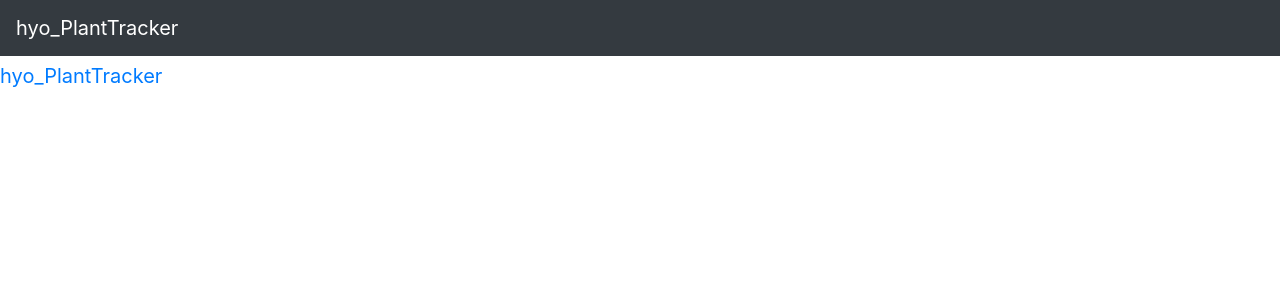
Repository: emersonwilliams/HYO_PlantTracker
Page: capstone_app/plant_tracker/templates/myplants.html
These files come from the project's save history. The page is drawn as it stood at one moment and after a run of saves; the edit follows.
The browser window is 1280 px wide. The pictures show the whole page.

Above is the page before, as saved 2020-08-01 22:33:43.

### capstone_app/plant_tracker/templates/myplants.html
<!-- this is the page where you can see all of your plants -->

<!DOCTYPE html>
<html lang="en">
<head>
    <meta charset="UTF-8">
    <title>Title</title>
    <link rel="stylesheet" href="https://stackpath.bootstrapcdn.com/bootstrap/4.5.0/css/bootstrap.min.css" integrity="sha384-9aIt2nRpC12Uk9gS9baDl411NQApFmC26EwAOH8WgZl5MYYxFfc+NcPb1dKGj7Sk" crossorigin="anonymous">

</head>

<body>

    <nav class="navbar navbar-expand-lg navbar-dark bg-dark">

      <a class="navbar-brand" href="#">
      hyo_PlantTracker
      </a>
    </nav>

    <a class="navbar-brand" href="#">hyo_PlantTracker</a>
    <button class="navbar-toggler" type="button" data-toggle="collapse" data-target="#navbarNavAltMarkup" aria-controls="navbarNavAltMarkup" aria-expanded="false" aria-label="Toggle navigation">
      <span class="navbar-toggler-icon"></span>
    </button>
    <div class="collapse navbar-collapse" id="navbarNavAltMarkup">
      <div class="navbar-nav">
        <a class="nav-item nav-link active" href="#">Main Menu <span class="sr-only">(current)</span></a>
        <a class="nav-item nav-link" href="#">My Plants</a>
        <a class="nav-item nav-link" href="#">Add a Plant</a>
        <a class="nav-item nav-link disabled" href="#" tabindex="-1" aria-disabled="true">Disabled</a>
      </div>
    </div>
  </nav>

    <div class="container">
    <!-- Content here -->
    </div>

</body>

After the next 2 saves:
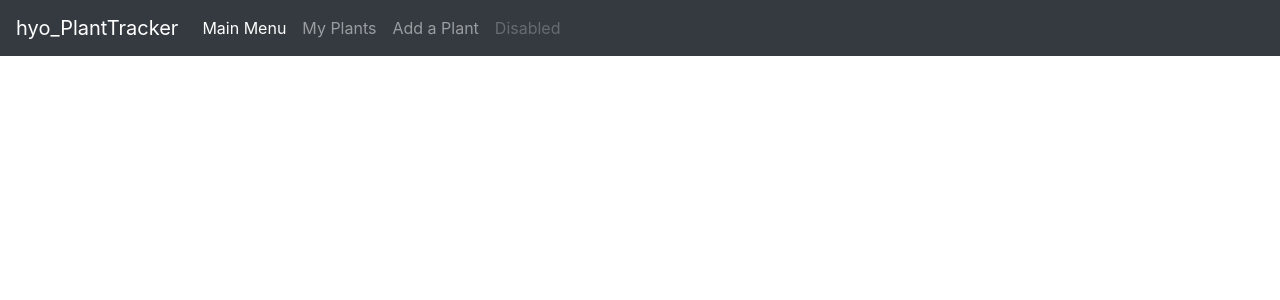
The 2 saves are shown as one change because they came seconds apart.
The last was saved 11 s later.
--- a/capstone_app/plant_tracker/templates/myplants.html
+++ b/capstone_app/plant_tracker/templates/myplants.html
@@ -12,12 +12,6 @@
 <body>
 
     <nav class="navbar navbar-expand-lg navbar-dark bg-dark">
-
-      <a class="navbar-brand" href="#">
-      hyo_PlantTracker
-      </a>
-    </nav>
-
     <a class="navbar-brand" href="#">hyo_PlantTracker</a>
     <button class="navbar-toggler" type="button" data-toggle="collapse" data-target="#navbarNavAltMarkup" aria-controls="navbarNavAltMarkup" aria-expanded="false" aria-label="Toggle navigation">
       <span class="navbar-toggler-icon"></span>
